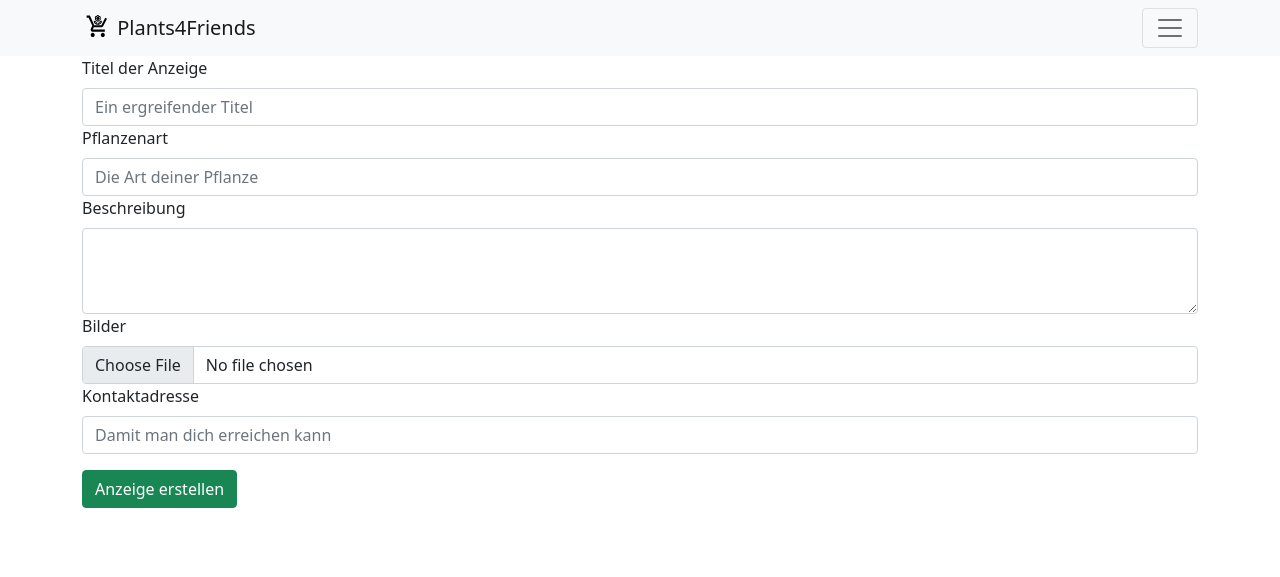
Repository: Carlson43/PlantsForFriends
Page: Website/create.html
These files come from the project's save history. The page is drawn as it stood at one moment and after the next save; the edit follows.
The browser window is 1280 px wide. The pictures show the whole page.

Above is the page before, as saved 2021-12-23 14:40:15.

### Website/create.html
<!doctype html>
<html lang="en">
  <head>
    <!-- Required meta tags -->
    <meta charset="utf-8">
    <meta name="viewport" content="width=device-width, initial-scale=1">

    <!-- Referencing Backend -->
    <script src="https://code.jquery.com/jquery-3.6.0.js"> </script>
    <script src="./Backend.js"> </script>

    <!-- Bootstrap CSS -->
    <link href="https://cdn.jsdelivr.net/npm/bootstrap@5.1.3/dist/css/bootstrap.min.css" rel="stylesheet" integrity="sha384-1BmE4kWBq78iYhFldvKuhfTAU6auU8tT94WrHftjDbrCEXSU1oBoqyl2QvZ6jIW3" crossorigin="anonymous">

    <title>Erstellen @ Plants4Friends</title>
  </head>
  <body>

    <!-- Navbar -->
    <nav class="navbar navbar-light bg-light">
        <div class="container fluid">
            <!-- Navabr Logo and Brandname -->
            <a class="navbar-brand" href="#">
                <img src="./Design-Ressourcen/logo.svg" alt="" width="30" height="24" class="d-inline-block align-text-top">
                Plants4Friends
            </a>
            <!-- Toggler for Expandsion -->
            <button class="navbar-toggler" type="button" data-bs-toggle="collapse" data-bs-target="#navbarNav" aria-controls="navbarNav" aria-expanded="false" aria-label="Toggle navigation">
                <span class="navbar-toggler-icon"></span>
            </button>
            <!-- Navigation Links -->
            <div class="collapse navbar-collapse" id="navbarNav">
                <div class="navbar-nav">
                    <a class="nav-link" href="index.html">Home</a>
                    <a class="nav-link active" aria-current="page" href="#">Anzeige erstellen</a>
                    <a class="nav-link" href="map.html">Karte</a>
                    <a class="nav-link disabled">Disabled</a>
                </div>
            </div>
        </div>
    </nav>

    <!-- Input Formular -->
    <div class="container md-3">
        <div>
            <label for="Ad_heading" class="form-label">Titel der Anzeige</label>
            <input type="email" class="form-control" id="Ad_heading" placeholder="Ein ergreifender Titel">
        </div>
        <div>
            <label for="Ad_species" class="form-label">Pflanzenart</label>
            <input type="email" class="form-control" id="Ad_species" placeholder="Die Art deiner Pflanze">
        </div>
        <div>
            <label for="Ad_description" class="form-label">Beschreibung</label>
            <textarea class="form-control" id="Ad_description" rows="3"></textarea>
        </div>
        <div>
            <label for="Ad_pics" class="form-label">Bilder</label>
            <input class="form-control" type="file" id="Ad_pics">
        </div>
        <div>
            <label for="Ad_email" class="form-label">Kontaktadresse</label>
            <input type="email" class="form-control" id="Ad_email" aria-describedby="emailHelp" placeholder="Damit man dich erreichen kann">
        </div>
            <p></p>
        <div>
            <button onclick= "addAll();" type="submit" class="btn btn-success">Anzeige erstellen</button>
        </div>
    </div>




    <!-- Option 1: Bootstrap Bundle with Popper -->
    <script src="https://cdn.jsdelivr.net/npm/bootstrap@5.1.3/dist/js/bootstrap.bundle.min.js" integrity="sha384-ka7Sk0Gln4gmtz2MlQnikT1wXgYsOg+OMhuP+IlRH9sENBO0LRn5q+8nbTov4+1p" crossorigin="anonymous"></script>


  </body>
</html>

### Website/Backend.js
function add()
{
    var jsonstring=  '{"Pflanze":"'+$("#jsonstring").val()+'"}';
    console.log("add"+ jsonstring);
    $.get("https://webtechlecture.appspot.com/cloudstore/add?owner=s201655&token=dMinmYeldeDsBbu0iiEIPGTPws0_&jsonstring="+encodeURI(jsonstring),function(response)
    {
    console.log(response);
    });
}

function listAllData()
{
    var jsonstring=$("#jsonstring").val();
    console.log("Hi!");
    $.get("https://webtechlecture.appspot.com/cloudstore/listobjects?owner=s201655&token=dMinmYeldeDsBbu0iiEIPGTPws0_",function(response)
    {
    console.log(response);
    });
}

function del()
{
    var jsonstring=$("#jsonstring").val();
    console.log("Del");
    $.get("https://webtechlecture.appspot.com/cloudstore/del?owner=s201655&token=dMinmYeldeDsBbu0iiEIPGTPws0_&key=1640178157404",function(response)
    {
    console.log(response);
    });
}

function addAll()
{

    var jsonstring=

    '{"Titel":"'+$("#Ad_heading").val()+'",'+
    '"Pflanzenart":"'+$("#Ad_species").val()+'",'+
    '"Beschreibung":"'+$("#Ad_description").val()+'",'+
    '"Email":"'+$("#Ad_email").val()+

    '"}';
    console.log("add"+ jsonstring);
    $.get("https://webtechlecture.appspot.com/cloudstore/add?owner=s201655&token=dMinmYeldeDsBbu0iiEIPGTPws0_&jsonstring="+encodeURI(jsonstring),function(response)
    {
    console.log(response);
    });
}

function spec()
{
    var specvar =
    $.get('https://webtechlecture.appspot.com/cloudstore/ ?owner=s201655&token=dMinmYeldeDsBbu0iiEIPGTPws0_&jsonstring={"Pflanzen":"Lillie"}',function(response)
    {
    console.log(response);
    });
}

function display()
{

    $.getJSON('https://webtechlecture.appspot.com/cloudstore/listobjects?owner=s201655&token=dMinmYeldeDsBbu0iiEIPGTPws0_', function(data){
        console.log(data);
        $(data).each(function(i, hero){
          $('#AusgabeBody').append($("<tr>")
          .append($("<td>").append(hero.jsonstring.Name))
          .append($("<td>").append(hero.jsonstring.Nachname))
          .append($("<td>").append(hero.jsonstring.Pflanze)));
        });
      })
  .done(function(){
      alert("Completed");
  })
  .fail(function(e){
      console.log('error:');
      console.error(e);
  })
  .always(function(){
      alert("always runs");
  });

}
function search()
{
    var nam = String($("#search_term").val())
    var data = []
    console.log(nam)
    $.get("https://webtechlecture.appspot.com/cloudstore/listobjects?owner=s201655&token=dMinmYeldeDsBbu0iiEIPGTPws0_",function(response)
    {

        for (var i = 0; i < response.length; i++)
        data.push(response[i]);


        for (var i = 0; i < data.length; i++)
        {
            if (data[i].jsonstring.Pflanze == nam)
            {
                console.log(data[i].jsonstring)
            }
                else
                {
                    for (var i = 0; i < data.length; i++)
                    {
                        if (data[i].jsonstring.Name == nam)
                        {
                        console.log(data[i].jsonstring)
                        }
                            else
                            {
                                for (var i = 0; i < data.length; i++)
                                {
                                if (data[i].jsonstring.Nachname == nam)
                                    {
                                    console.log(data[i].jsonstring)
                                    }
                                        else
                                        {
                                            for (var i = 0; i < data.length; i++)
                                            {
                                            if (data[i].jsonstring.Straße == nam)
                                                {
                                                console.log(data[i].jsonstring)
                                                }
                                            };
                                        }
                                }
                            }
                    }
                }
        };
    });
    display()
};

function search_and_display()
{
    var nam = String($("#search_term").val())
    var data = []
    var nul = []
    $.get("https://webtechlecture.appspot.com/cloudstore/listobjects?owner=s201655&token=dMinmYeldeDsBbu0iiEIPGTPws0_",function(response)
    {

        for (var i = 0; i < response.length; i++)
        data.push(response[i]);


        for (var i = 0; i < data.length; i++)
        {
            if (data[i].jsonstring.Pflanze == nam)
            {
                nul.push(data[i].jsonstring)
            }
                else
                {
                    for (var i = 0; i < data.length; i++)
                    {
                        if (data[i].jsonstring.Name == nam)
                        {
                        nul.push(data[i].jsonstring)
                        }
                            else
                            {
                                for (var i = 0; i < data.length; i++)
                                {
                                if (data[i].jsonstring.Nachname == nam)
                                    {
                                    nul.push(data[i].jsonstring)
                                    }
                                        else
                                        {
                                            for (var i = 0; i < data.length; i++)
                                            {
                                            if (data[i].jsonstring.Straße == nam)
                                                {
                                                nul.push(data[i].jsonstring)
                                                }
                                            };
                                        }
                                }
                            }
                    }
                }
                $.getJSON(nul, function(){
                    console.log(nul);
                    $(nul).each(function(i, hero){
                      $('#heroesBody').append($("<tr>")
                      .append($("<td>").append(hero.jsonstring.Pflanze))
                      .append($("<td>").append(hero.datetime))
                      .append($("<td>").append(hero.parameter)));
                    });
                  })
              .done(function(){
                  alert("Completed");
              })
              .fail(function(e){
                  console.log('error:');
                  console.error(e);
              })
              .always(function(){
                  alert("always runs");
              });
        };
    });






}

After the next save:
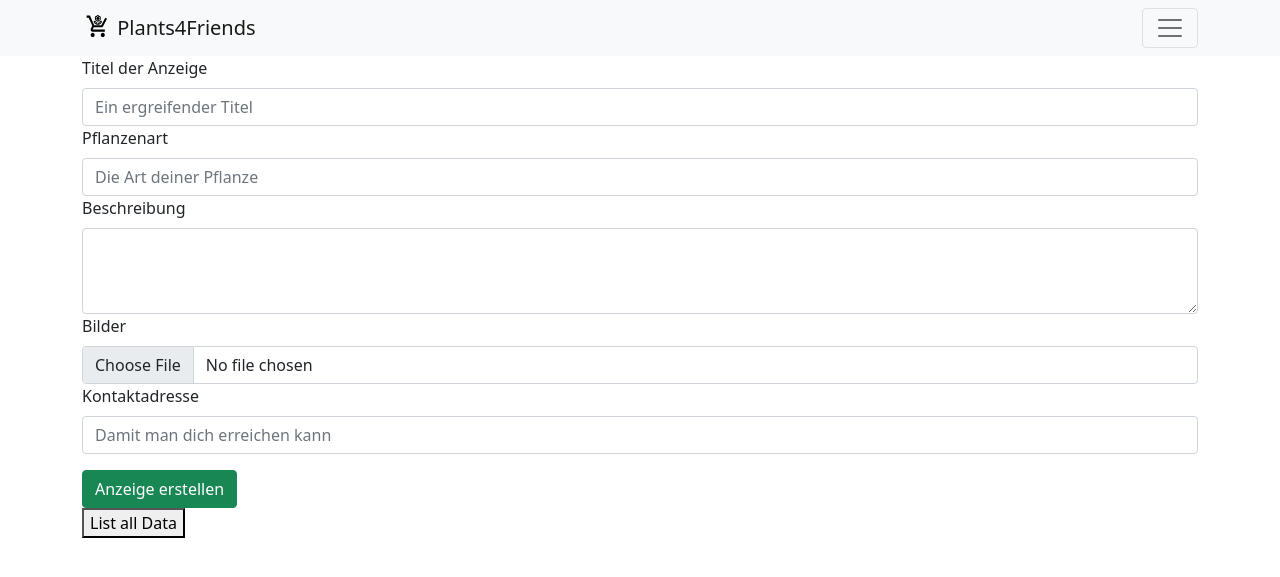
Saved 73 s later.
--- a/Website/create.html
+++ b/Website/create.html
@@ -66,6 +66,10 @@
         <div>
             <button onclick= "addAll();" type="submit" class="btn btn-success">Anzeige erstellen</button>
         </div>
+
+        <div>
+            <button onclick="listAllData();"> List all Data</button>
+          </div>
     </div>
 
 
